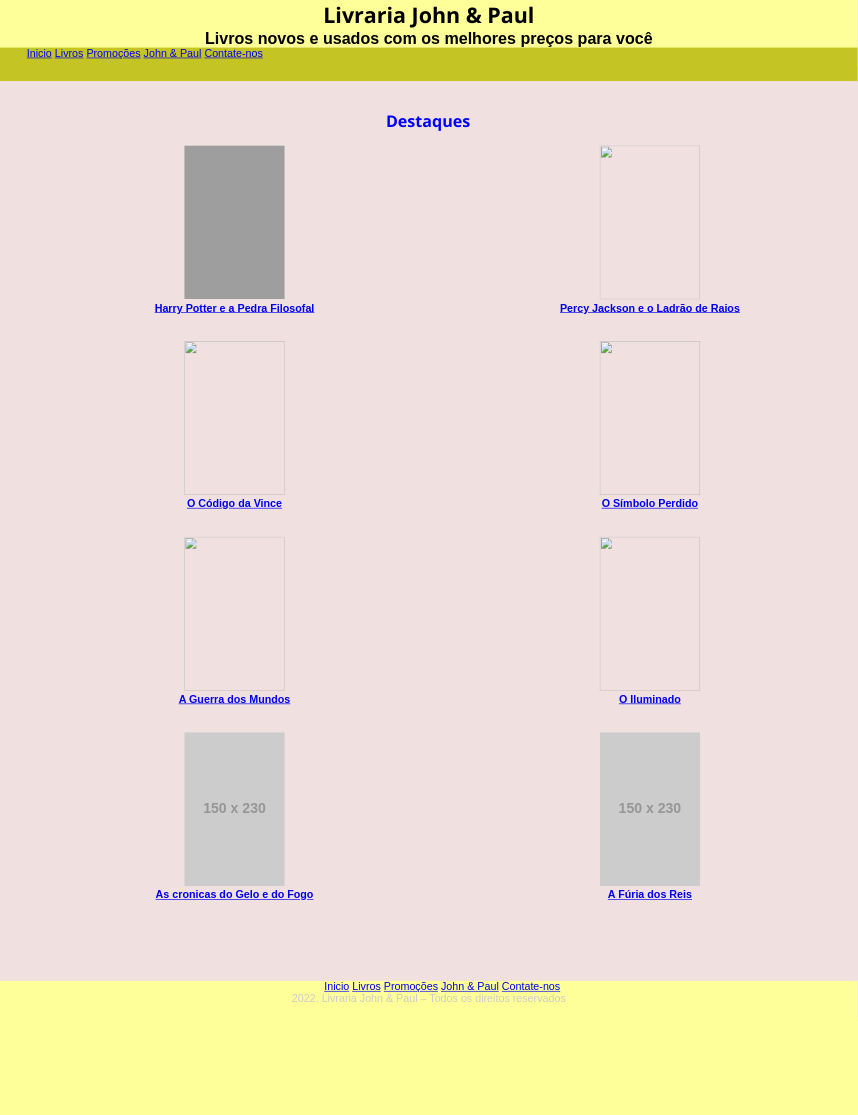
Repository: MarcoantonioCaldeira/Site-livraria-John-e-Paul
Page: index.html
An editor plug-in stored every save of this project. The page is shown before and after the next save, followed by the edit.
The browser window is 1280 px wide. The pictures show the whole page, at 67% of full size.
Pictures or frames that could not be fetched are drawn as grey boxes.

Above is the page before, as saved 2022-09-23 21:56:39.

### index.html
<!doctype html>
<html dir="ltr" lang="pt-BR">
<head>
   <meta charset="utf-8">
   <meta name="viewport" content="width=device-width, initial-scale=1.0">

   <title>Meu Primeiro Projeto</title>
   <link rel="stylesheet" href="css/estilo.css">
</head>
<body>
<header id="topo">
   <h1 class="center"> Livraria John & Paul</h1>
   <h2 class="center">Livros novos e usados com os melhores preços para você</h2>
   <nav id="menu">
      <ul>
         <li><a href="index.html">Inicio</a></li>
         <li><a href="produtos.html">Livros</a></li>
         <li><a href="#">Promoções</a></li>
         <li><a href="sobre.html">John & Paul</a></li>
         <li><a href="contato.html">Contate-nos</a></li>
      </ul>
   </nav>
</header>
</label>


</nav>
<section class="destaques">
   <h2 style="color:blue" class="h2_destaque"> Destaques </h2>
   <ul>
      <li>
         <img src="images/" width="150" height="230" alt="">
         <a href="#"><strong>Harry Potter e a Pedra Filosofal</strong></a>
      </li>
      <li>
         <img src="" width="150" height="230" alt="">
         <a href="#"><strong>Percy Jackson e o Ladrão de Raios</strong></a>
      </li>
      <li>
         <img src="" width="150" height="230" alt="">
         <a href="#"><strong>O Código da Vince</strong></a>
      </li>
      <li>
         <img src="" width="150" height="230" alt="">
         <a href="#"><strong>O Símbolo Perdido</strong></a>
      </li>
      <li>
         <img src="" width="150" height="230" alt="">
         <a href="#"><strong>A Guerra dos Mundos</strong></a>
      </li>
      <li>
         <img src="" width="150" height="230" alt="">
         <a href="#"><strong>O Iluminado</strong></a>
      </li>
      <li>
         <img src="http://placehold.co/150x230" width="150" height="230" alt="">
         <a href="#"><strong>As cronicas do Gelo e do Fogo</strong></a>
      </li>
      <li>
         <img src="http://placehold.co/150x230" width="150" height="230" alt="">
         <a href="#"><strong>A Fúria dos Reis</strong></a>
      </li>
   </ul>
</section>
<footer id="rodape">
   <ul class="ul_rodape">
      <li><a href="index.html">Inicio</a></li>
      <li><a href="produtos.html">Livros</a></li>
      <li><a href="#">Promoções</a></li>
      <li><a href="sobre.html">John & Paul</a></li>
      <li><a href="contato.html">Contate-nos</a></li>
   </ul>
   <p>2022. Livraria John & Paul – Todos os direitos reservados</p>
</footer>

</body>
</html>

### css/estilo.css
/* Import font from google */
@import url(http://fonts.googleapis.com/css?family=Open+Sans:400,300,700);

*{
   margin: 0;
}


body{
   background-color:  rgb(240, 224, 224);
   font-family: sans-serif;
   margin: 0;
   padding: 0;
}
h1,h3,h4,h5,h6{
   font-family: 'Open Sans', sans-serif;
}

.h2_destaque{
   margin-left: 45%;
   margin-top: 5%;
   font-family: 'Open Sans', sans-serif;
}

#topo{
   background-color: #ffff99;
   width: 100%;
   height:100px;
   margin:0 auto;
}

.destaques{
   background-color: rgb(240, 224, 224);
   width: 100%;
   height:1300px;
}


#menu{
   width:100%;
   height:50px;
   background-color: #c4c424;
   margin:0 auto;
}


#menu li{
   display:inline;
}
.destaques li{
   width: 50%;
   float: left;
   text-align: center;
   list-style: none;
   padding: 20px 0;
}

.destaques li strong{
   width: 100%;
   display: block;
}
.center{
   text-align: center;
}
table, tr, td{
   border: 1px solid #000;
}
table{
   background-color: #ddd;
}
form fieldset{
   border: none;
}
form legend{
   text-transform: uppercase;
   font-size: 1.2em;
   padding: 0;
   width: 100%;
   border-bottom: 1px solid #555;
}
form label, form input:not([type=checkbox]), form select, form textarea{
   width: 100%;
}
form div{
   width: 48%;
   margin: 0 1%;
   height: 180px;
   float: left;
}
button{
   padding: 10px 20px;
   background-color: blue;
   color: #fff;
   border: none;
   -webkit-border-radius: 5px;
   -moz-border-radius: 5px;
   border-radius: 5px;
}
#rodape{
   width: 100%;
   height: 200px;
   background-color:  #ffff99;
   color: #ccc;
   float: left;
   text-align: center;
}

li {
   display: inline;
   text-decoration: none;
}

















@media  screen and (max-width: 750px){


   #main-menu {
      display: none;
    }
    #hamburger-menu {
      display: inline;
    }

   h2.center, h1.center{
      font-size: 19px;
      color: blue;
   }

   h2.h2_destaque{
      margin-left: 40%;
   }

   ul#ul_rodape{
      color: red;
   }

   p{
      color: black;
      margin-top: 20%;
      margin-left: 4%;
   }

}

After the next save:
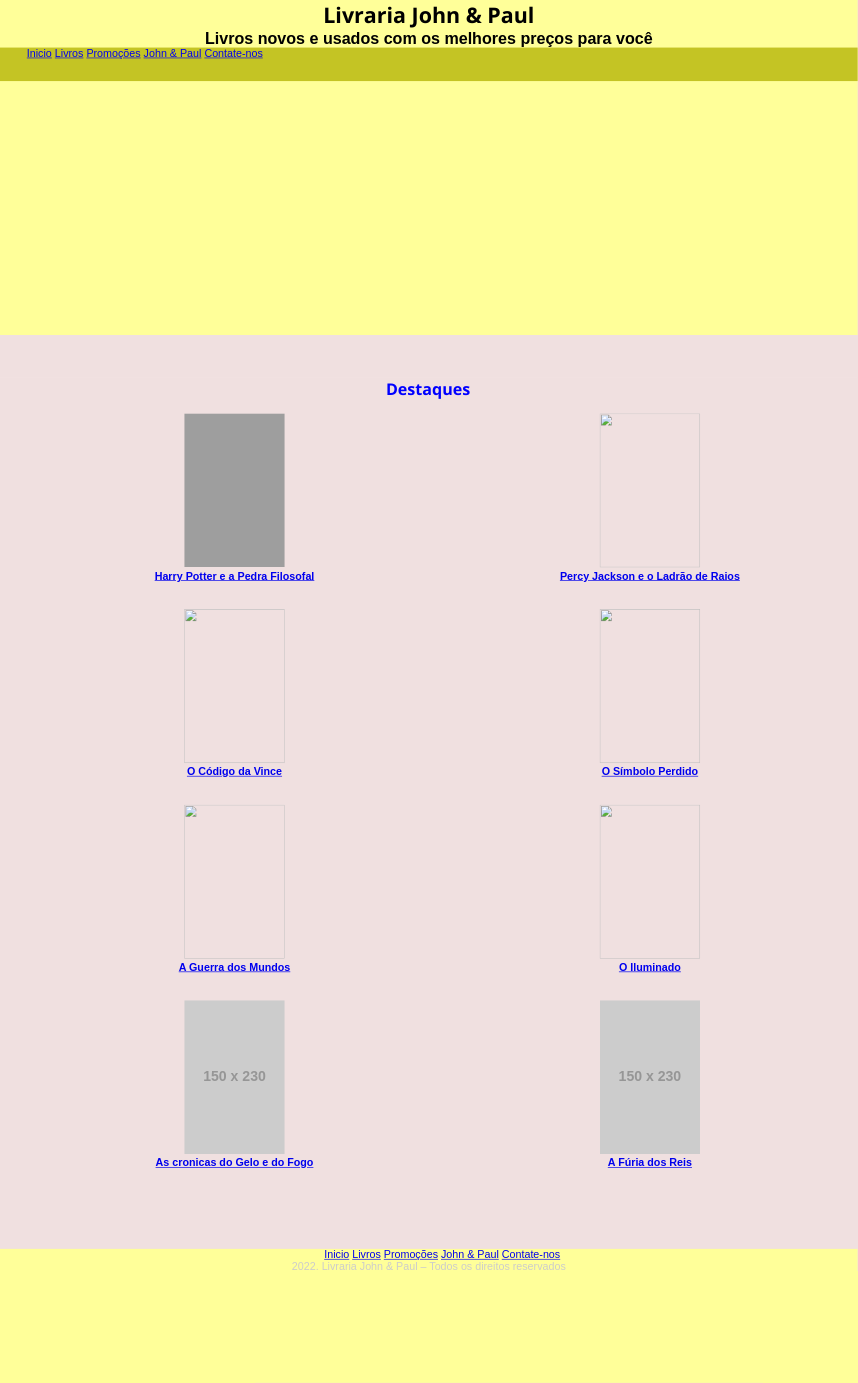
Saved 13 s later.
--- a/css/estilo.css
+++ b/css/estilo.css
@@ -25,7 +25,7 @@ h1,h3,h4,h5,h6{
 #topo{
    background-color: #ffff99;
    width: 100%;
-   height:100px;
+   height:500px;
    margin:0 auto;
 }
 
